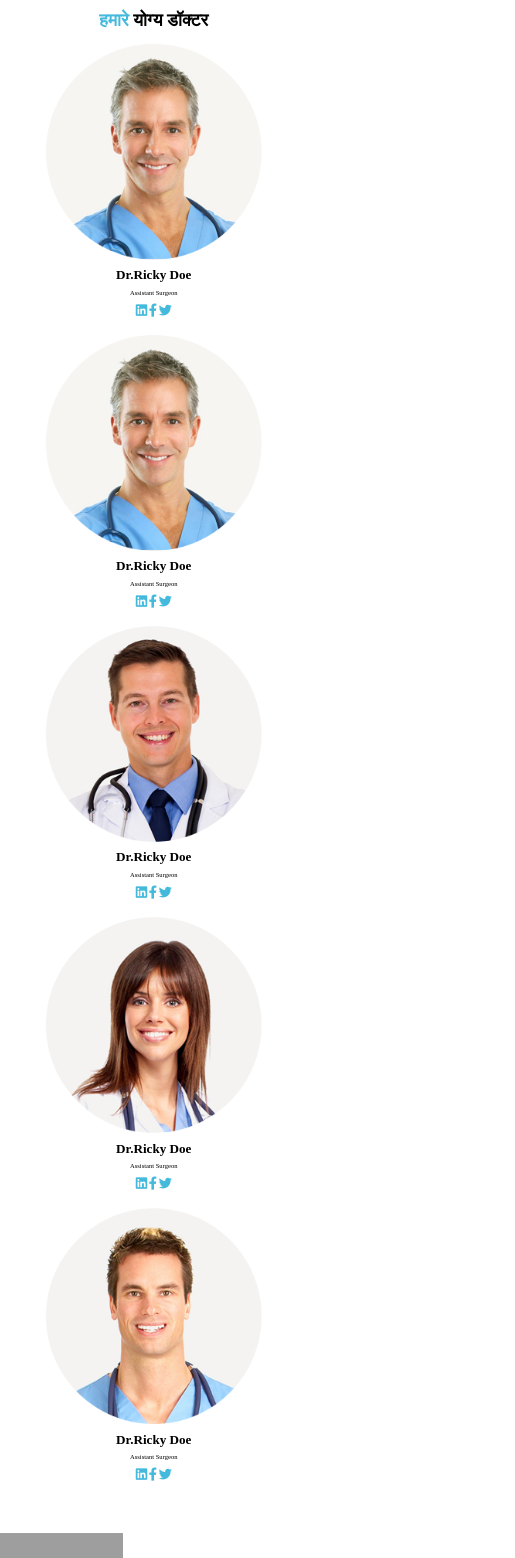
Repository: Aayush919/test
Page: index.html
An editor plug-in stored every save of this project. The page is shown before and after the next save, followed by the edit.
The browser window is 375 px wide. The page is 628 px wide, so the pictures cover 628 px, including what lies to the right of the window. The pictures show the part of the page from y = 4202 to 6102 px (the page is 8223 px tall before and 7063 px after), at 82% of full size.
Pictures or frames that could not be fetched are drawn as grey boxes. Some web libraries are served in a nearby version.

Above is the page before, as saved 2023-10-15 09:54:43.
Console error: TypeError: Cannot read properties of null (reading 'addEventListener')

After the next save:
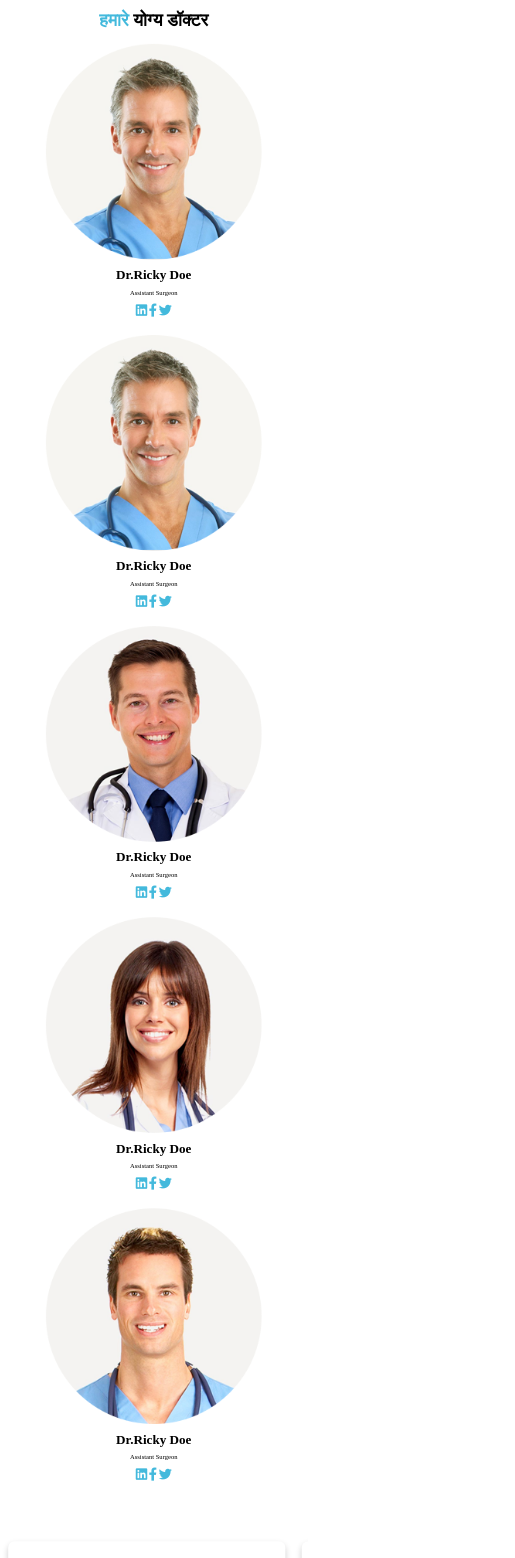
Saved 17 s later.
--- a/style.css
+++ b/style.css
@@ -447,3 +447,65 @@ header .navbar.active{
     width: 50%;
     /* background-color: #9477d7; */
 }
+
+section-container {
+    min-height: 100vh;
+    background: #34d3b4;
+    margin: auto;
+    padding: 20px;
+    display: flex;
+    align-items: center; /* Align the scroll icon vertically */
+  }
+
+  .product-list-container {
+    position: relative;
+    overflow-x: auto;
+    white-space: nowrap;
+    scrollbar-width: thin;
+    scrollbar-color: #333 #ccc;
+    cursor: pointer;
+  }
+
+  .product-list {
+    display: flex;
+    flex-direction: row;
+  }
+
+  .product-card {
+    position: relative;
+    flex: 0 0 auto;
+      width:300px;
+    margin: 15px;
+    padding: 20px;
+    box-shadow: 0 4px 8px rgba(0, 0, 0, 0.2);
+    border-radius: 8px;
+        background: #fff;
+  }
+
+
+  .product-card img {
+    width: 100%;
+    height: auto;
+  }
+
+  /* Style scrollbar for Chrome, Safari, and Opera */
+  .product-list-container::-webkit-scrollbar {
+    width: 5px;
+    height: 5px;
+  }
+
+  .product-list-container::-webkit-scrollbar-thumb {
+    background: #333;
+  }
+
+  .product-list-container::-webkit-scrollbar-thumb:hover {
+    background:#34d3b4;
+  }
+
+
+  @media screen and (max-width: 600px) {
+    .product-card {
+      width: 90%;
+      margin: 10px;
+    }
+  }
